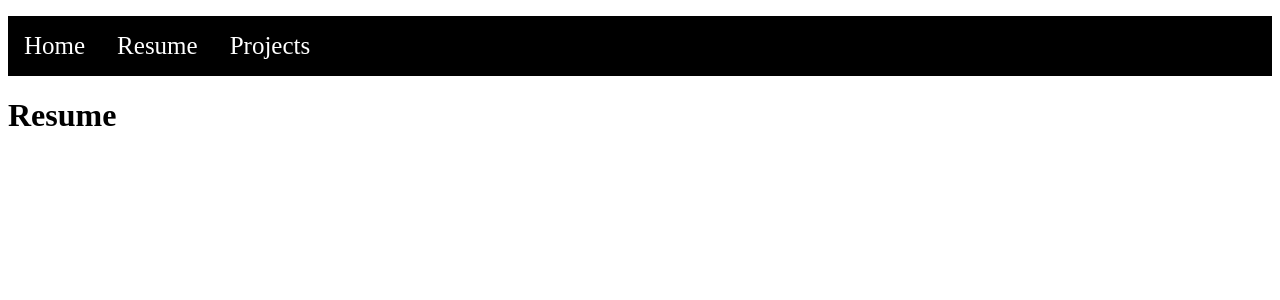
Repository: Coli-Pixel/Coli-Pixel.github.io
Page: resume.html
The author's editor kept a record of every edit. The page is drawn from the files as they stood at one moment, then again after the next edit.
The browser window is 1280 px wide. The pictures show the whole page.

Above is the page before.

After the next edit:
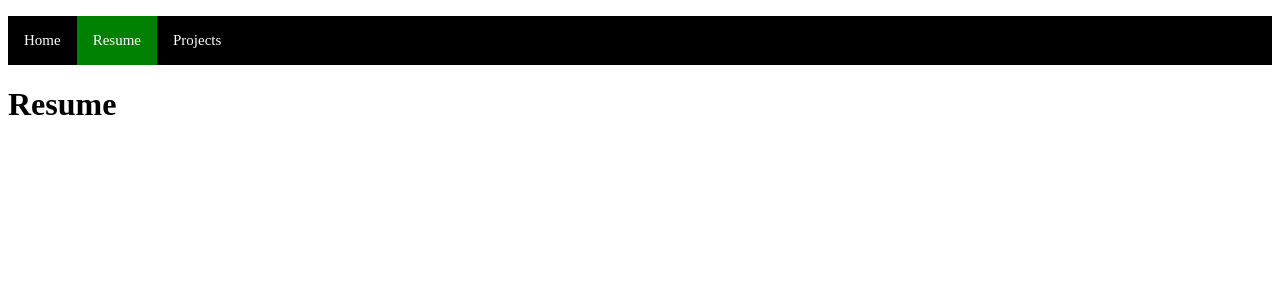
The edit:
--- a/resume.html
+++ b/resume.html
@@ -2,46 +2,7 @@
 <html>
     <head>
         <title>Home</title>
-        <style>
-            .navbar{
-                list-style: none;
-                background-color: black;
-                overflow: hidden;
-                padding: 0;
-            }
-            .navbar a, .dropdown div{
-                text-decoration: none;
-                color: white;
-                font-size: 25px;
-                padding:16px;
-                display:inline-block;
-            }
-            .navbar li{
-                float: left;
-            }
-            .navbar li:hover{
-                background-color:goldenrod;
-            }
-            .dropdown-content{
-                list-style:none;
-                display: none;
-                padding:0;
-                position:absolute;
-                z-index: 2;
-                background-color: goldenrod;
-            }
-            .dropdown-content li{
-                float:none;
-                padding: 0;
-            }
-            .dropdown-content li:hover{
-                background-color:red;
-            }
-            .dropdown:hover .dropdown-content{
-                display:block;
-            }
-
-        </style>
+        <link rel="stylesheet" type="text/css" href="style.css">
     </head>
     <body>
         <ul class="navbar">
